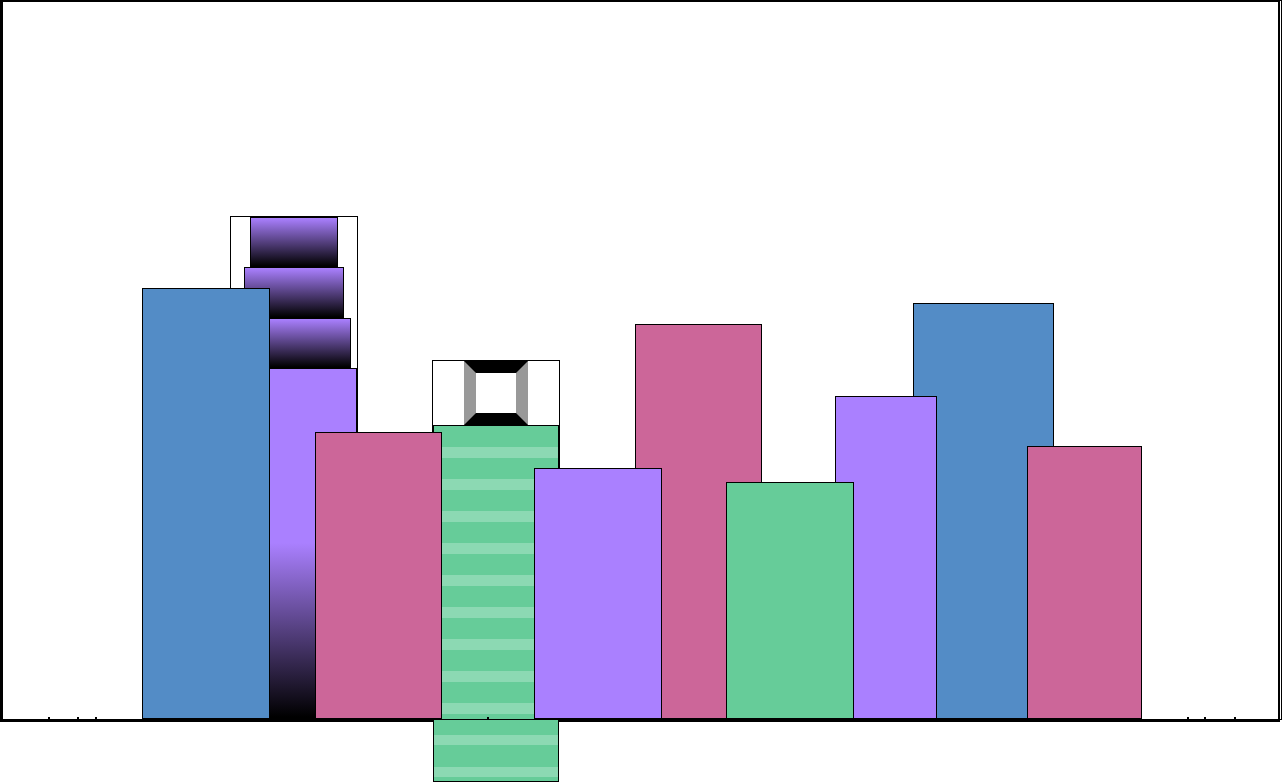
Repository: Lungdjos/city_skyline
Page: index.html
An editor plug-in stored every save of this project. The page is shown before and after the next save, followed by the edit.
The browser window is 1280 px wide. The page is 1282 px wide, so the pictures cover 1282 px, including what lies to the right of the window. The pictures show the whole page.

Above is the page before, as saved 2023-12-12 10:50:54.

After the next save:
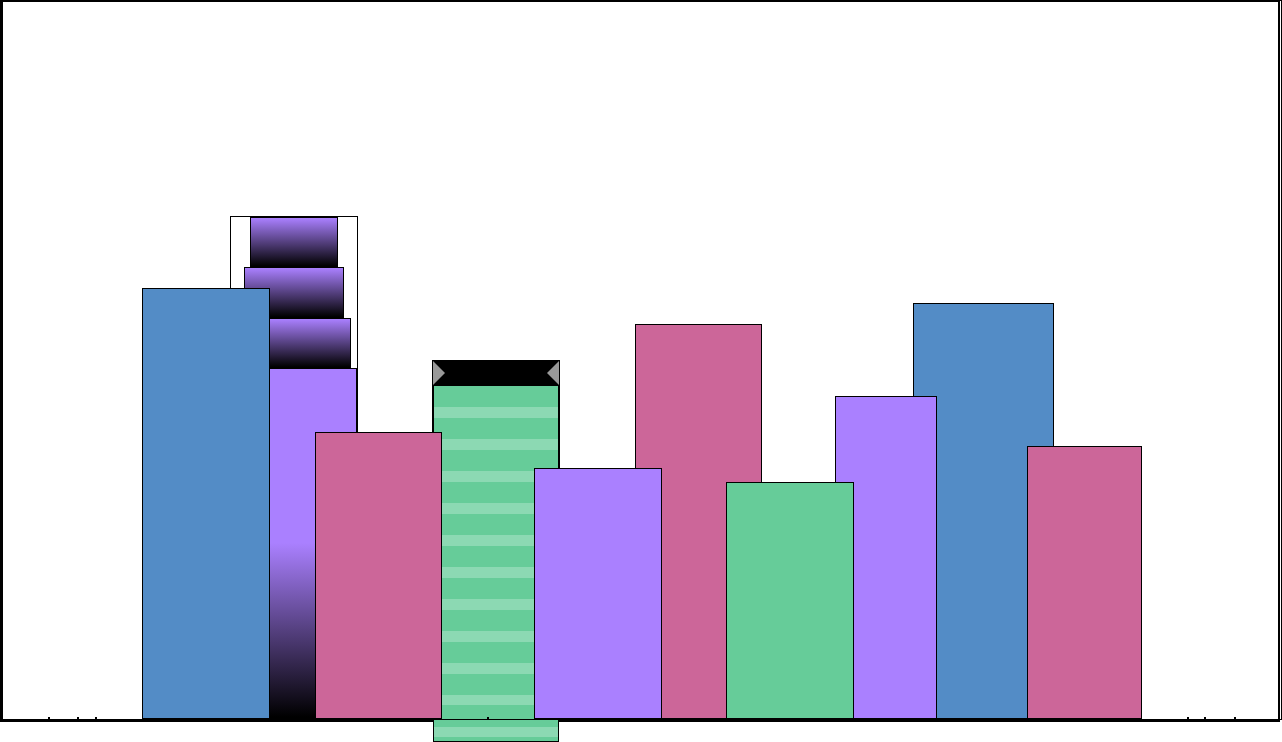
Saved 2 min 52 s later.
--- a/styles.css
+++ b/styles.css
@@ -70,8 +70,8 @@ body {
 
 .bb2a {
     margin: auto;
-    width: 5vw;
-    height: 5vw;
+    /* width: 5vw;
+    height: 5vw; */
     border-top: 1vw solid #000;
     border-bottom: 1vw solid #000;
     border-left: 1vw solid #999;
